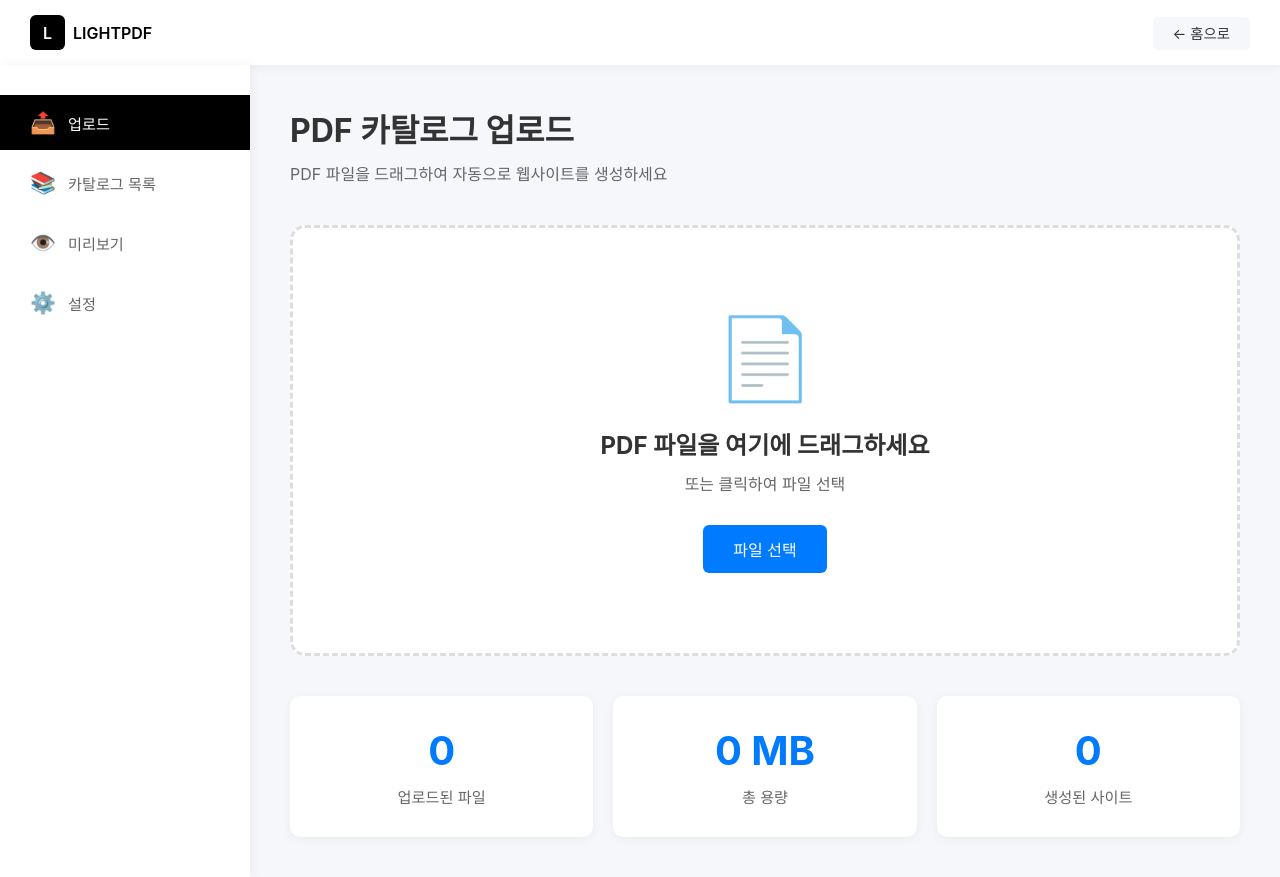
Repository: ororso11/catamaster
Page: dashboard.html
The author's editor kept a copy of each file at every save. The page is drawn from the files as they stood at one save, then again after the next save.
The browser window is 1280 px wide. The pictures show the whole page.

Above is the page before, as saved 2025-10-05 15:52:58.

After the next save:
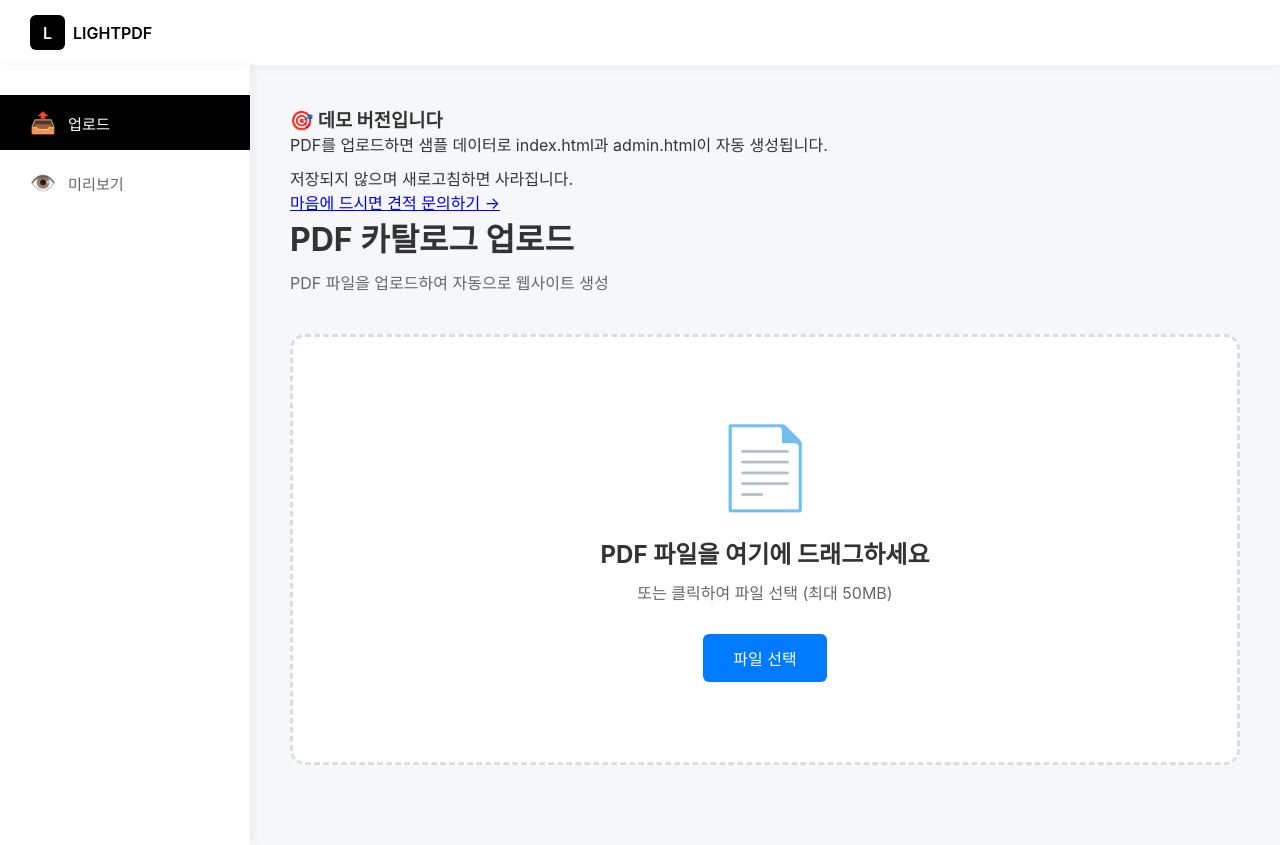
Saved 1 s later.
--- a/dashboard.html
+++ b/dashboard.html
@@ -3,8 +3,9 @@
 <head>
     <meta charset="UTF-8">
     <meta name="viewport" content="width=device-width, initial-scale=1.0">
-    <title>LIGHTPDF 카탈로그 자동화 체험 대시보드</title>
+    <title>LIGHTPDF 카탈로그 자동화 데모 대시보드</title>
     <link rel="stylesheet" href="dashboard.css">
+    <script src="https://cdnjs.cloudflare.com/ajax/libs/pdf.js/3.11.174/pdf.min.js"></script>
 </head>
 <body>
     <header>
@@ -12,9 +13,6 @@
             <div class="logo">
                 <div class="logo-icon">L</div>
                 <span>LIGHTPDF</span>
-            </div>
-            <div class="header-actions">
-                <a href="index.html" class="back-btn">← 홈으로</a>
             </div>
         </div>
     </header>
@@ -26,135 +24,53 @@
                     <span class="icon">📤</span>
                     <span>업로드</span>
                 </div>
-                <div class="menu-item" data-tab="catalogs">
-                    <span class="icon">📚</span>
-                    <span>카탈로그 목록</span>
-                </div>
                 <div class="menu-item" data-tab="preview">
                     <span class="icon">👁️</span>
                     <span>미리보기</span>
-                </div>
-                <div class="menu-item" data-tab="settings">
-                    <span class="icon">⚙️</span>
-                    <span>설정</span>
                 </div>
             </div>
         </aside>
 
         <main class="main-content">
             <div class="tab-content active" id="upload">
+                <div class="demo-notice">
+                    <h3>🎯 데모 버전입니다</h3>
+                    <p>PDF를 업로드하면 샘플 데이터로 index.html과 admin.html이 자동 생성됩니다.</p>
+                    <p style="margin-top: 10px;">저장되지 않으며 새로고침하면 사라집니다.</p>
+                    <a href="mailto:contact@example.com" class="cta-button">마음에 드시면 견적 문의하기 →</a>
+                </div>
+
                 <div class="content-header">
                     <h2>PDF 카탈로그 업로드</h2>
-                    <p>PDF 파일을 드래그하여 자동으로 웹사이트를 생성하세요</p>
+                    <p>PDF 파일을 업로드하여 자동으로 웹사이트 생성</p>
                 </div>
 
                 <div class="upload-zone" id="uploadZone">
                     <div class="upload-icon">📄</div>
                     <h3>PDF 파일을 여기에 드래그하세요</h3>
-                    <p>또는 클릭하여 파일 선택</p>
-                    <input type="file" id="fileInput" accept=".pdf" multiple hidden>
-                    <button class="upload-btn" onclick="document.getElementById('fileInput').click()">
-                        파일 선택
-                    </button>
-                </div>
-
-                <div class="upload-stats">
-                    <div class="stat-card">
-                        <div class="stat-value" id="totalFiles">0</div>
-                        <div class="stat-label">업로드된 파일</div>
-                    </div>
-                    <div class="stat-card">
-                        <div class="stat-value" id="totalSize">0 MB</div>
-                        <div class="stat-label">총 용량</div>
-                    </div>
-                    <div class="stat-card">
-                        <div class="stat-value" id="generatedSites">0</div>
-                        <div class="stat-label">생성된 사이트</div>
-                    </div>
-                </div>
-            </div>
-
-            <div class="tab-content" id="catalogs">
-                <div class="content-header">
-                    <h2>카탈로그 목록</h2>
-                    <p>업로드된 카탈로그와 생성된 웹사이트를 관리하세요</p>
-                </div>
-
-                <div class="catalog-list" id="catalogList">
-                    <div class="empty-state">
-                        <div class="empty-icon">📭</div>
-                        <p>아직 업로드된 카탈로그가 없습니다</p>
-                        <button onclick="switchTab('upload')" class="btn-primary">카탈로그 업로드하기</button>
-                    </div>
+                    <p>또는 클릭하여 파일 선택 (최대 50MB)</p>
+                    <input type="file" id="fileInput" accept=".pdf" hidden>
+                    <button class="upload-btn">파일 선택</button>
                 </div>
             </div>
 
             <div class="tab-content" id="preview">
                 <div class="content-header">
-                    <h2>웹사이트 미리보기</h2>
-                    <p>생성된 반응형 웹사이트를 미리 확인하세요</p>
+                    <h2>생성된 웹사이트 미리보기</h2>
+                    <p>자동 생성된 index.html과 admin.html을 확인하세요</p>
                 </div>
 
-                <div class="preview-container" id="previewContainer">
+                <div id="previewContainer">
                     <div class="empty-state">
                         <div class="empty-icon">🖥️</div>
-                        <p>미리보기할 웹사이트가 없습니다</p>
+                        <p>PDF를 업로드하면 생성된 웹사이트가 여기에 표시됩니다</p>
                     </div>
                 </div>
-            </div>
-
-            <div class="tab-content" id="settings">
-                <div class="content-header">
-                    <h2>사이트 설정</h2>
-                    <p>생성될 웹사이트의 스타일을 커스터마이징하세요</p>
-                </div>
-
-                <div class="settings-grid">
-                    <div class="setting-group">
-                        <label>회사명</label>
-                        <input type="text" class="setting-input" id="companyName" placeholder="회사명 입력">
-                    </div>
-
-                    <div class="setting-group">
-                        <label>테마 색상</label>
-                        <div class="color-options">
-                            <div class="color-option active" style="background: #000" data-color="#000"></div>
-                            <div class="color-option" style="background: #667eea" data-color="#667eea"></div>
-                            <div class="color-option" style="background: #f093fb" data-color="#f093fb"></div>
-                            <div class="color-option" style="background: #4facfe" data-color="#4facfe"></div>
-                            <div class="color-option" style="background: #43e97b" data-color="#43e97b"></div>
-                        </div>
-                    </div>
-
-                    <div class="setting-group">
-                        <label>레이아웃 스타일</label>
-                        <select class="setting-select">
-                            <option>그리드 레이아웃</option>
-                            <option>리스트 레이아웃</option>
-                            <option>카드 레이아웃</option>
-                        </select>
-                    </div>
-
-                    <div class="setting-group">
-                        <label>페이지당 아이템 수</label>
-                        <input type="number" class="setting-input" value="30" min="12" max="60">
-                    </div>
-
-                    <div class="setting-group">
-                        <label>자동 최적화</label>
-                        <label class="toggle">
-                            <input type="checkbox" checked>
-                            <span class="slider"></span>
-                        </label>
-                    </div>
-                </div>
-
-                <button class="btn-primary" style="margin-top: 30px;">설정 저장</button>
             </div>
         </main>
     </div>
 
-    <div id="processingStatus" style="display: none;"></div>
+    <div id="processingStatus" style="display: none;">처리 중...</div>
 
     <script src="dashboard.js"></script>
 </body>
